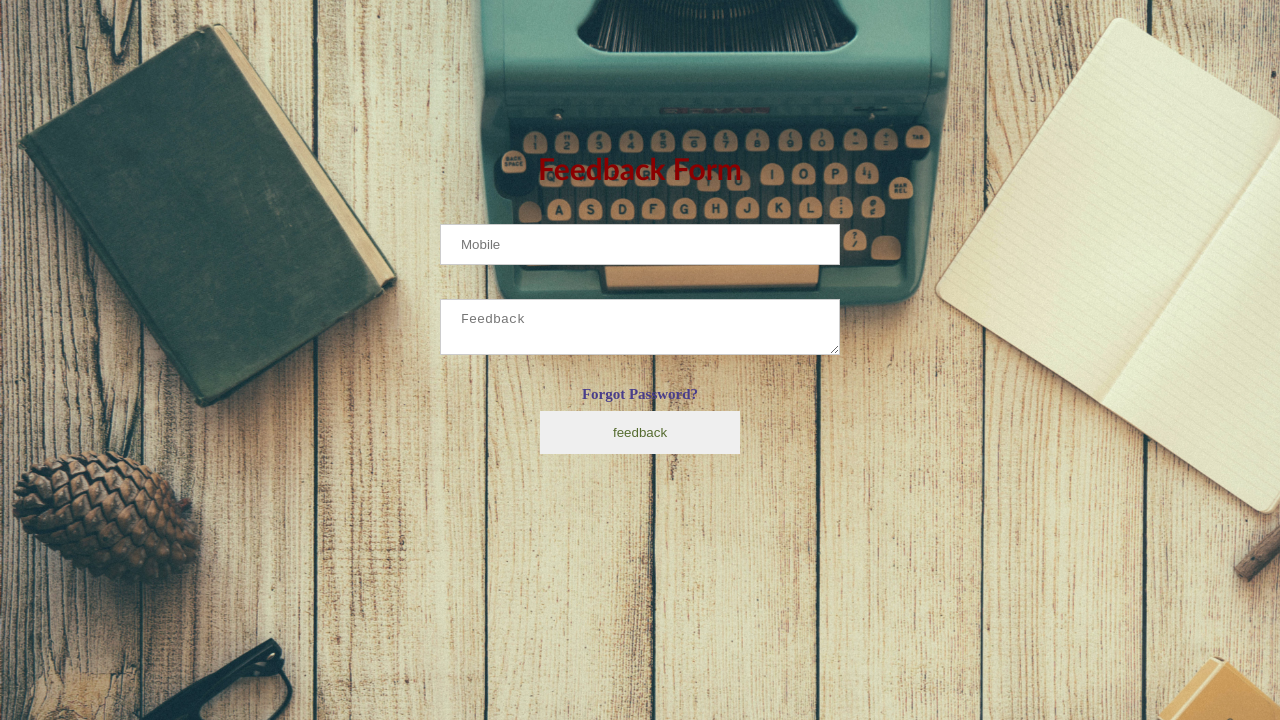
Repository: NAYAN9534/vehicle-booking-system
Page: http://localhost/minor/feedbackform.jsp
These files come from the project's save history. The page is drawn as it stood at one moment and after the next save; the edit follows.
The browser window is 1280 px wide. The pictures show the whole page.
The page is served by Tomcat 9.

Above is the page before, as saved 2017-05-28 07:10:17.

After the next save:
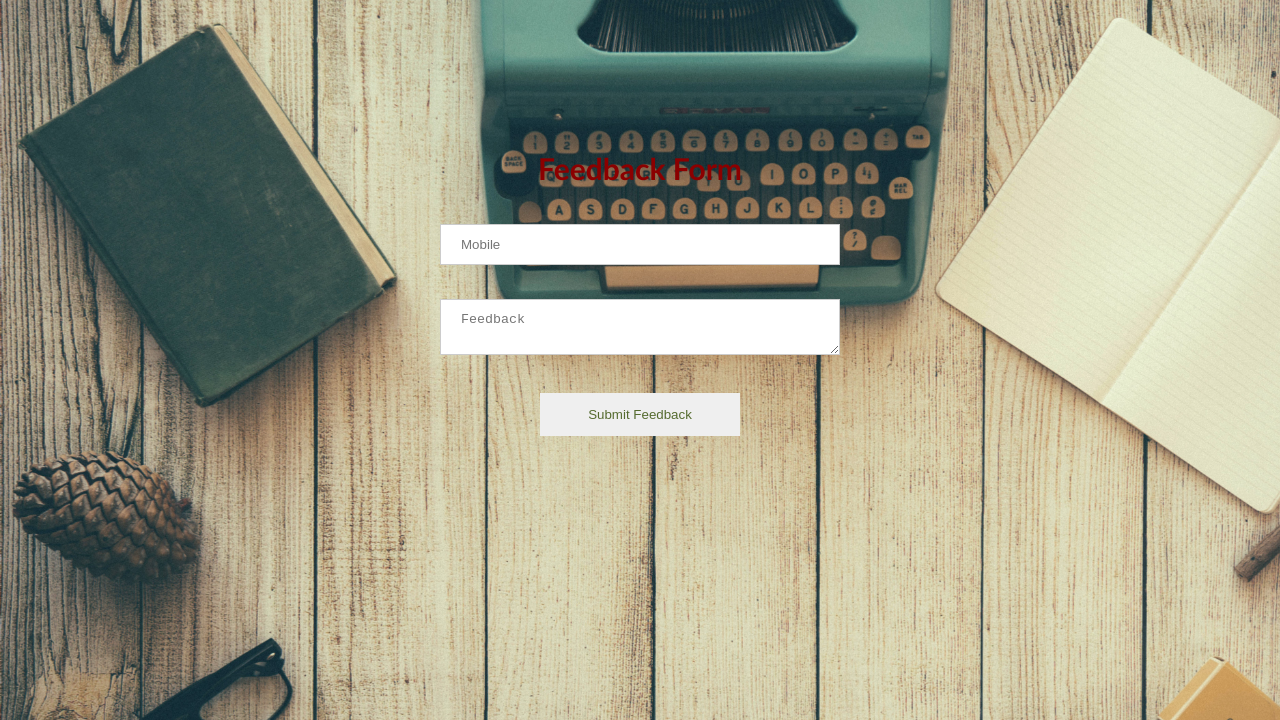
Saved 54 s later.
--- a/minor/WebContent/feedbackform.jsp
+++ b/minor/WebContent/feedbackform.jsp
@@ -70,8 +70,7 @@ body {
 <form action ="feedbackconn.jsp" method="post">
 	<input type="text" name="mobile" id="txt_name" placeholder="Mobile"/><br><br>
 	<textarea type="text" name="Feedback" id="txt_Password" placeholder="Feedback"></textarea><br><br>
-    <a class="forgot" href="forgotpassword.jsp"><b>Forgot Password?</b></a><br>
-	<button type="submit">feedback</button>
+	<button type="submit">Submit Feedback</button>
 </form>
 </center>
 </div>
